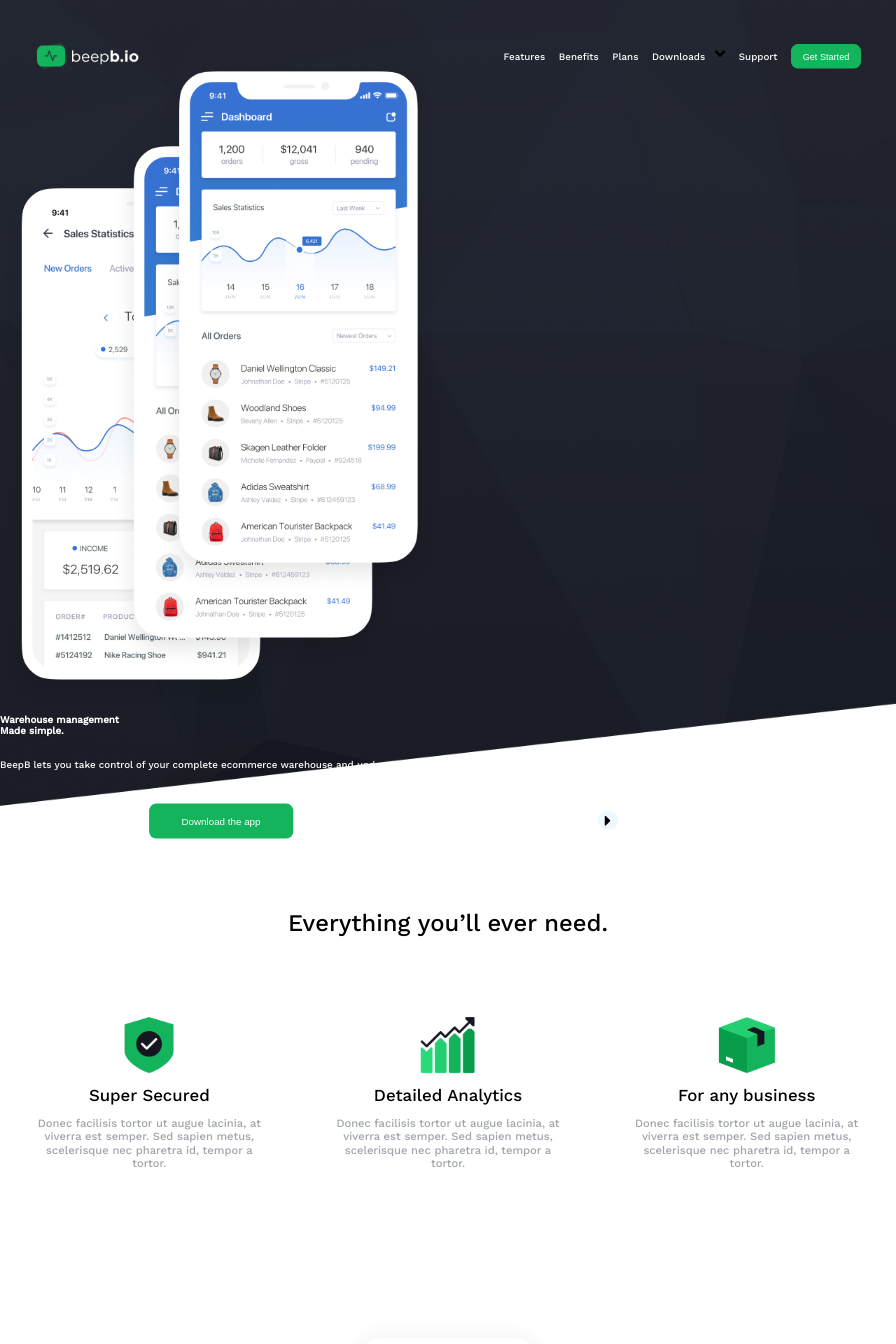
Repository: thinhnguyen347/thinhnguyen347.github.io
Page: cut-html-css/index.html
The author's editor kept a copy of each file at every save. The page is drawn from the files as they stood at one save, then again after the next save.
The browser window is 1280 px wide. The pictures show the part of the page from y = 0 to 1920 px (the page is 4906 px tall), at 70% of full size.

Above is the page before, as saved 2021-11-10 19:30:54.

After the next save:
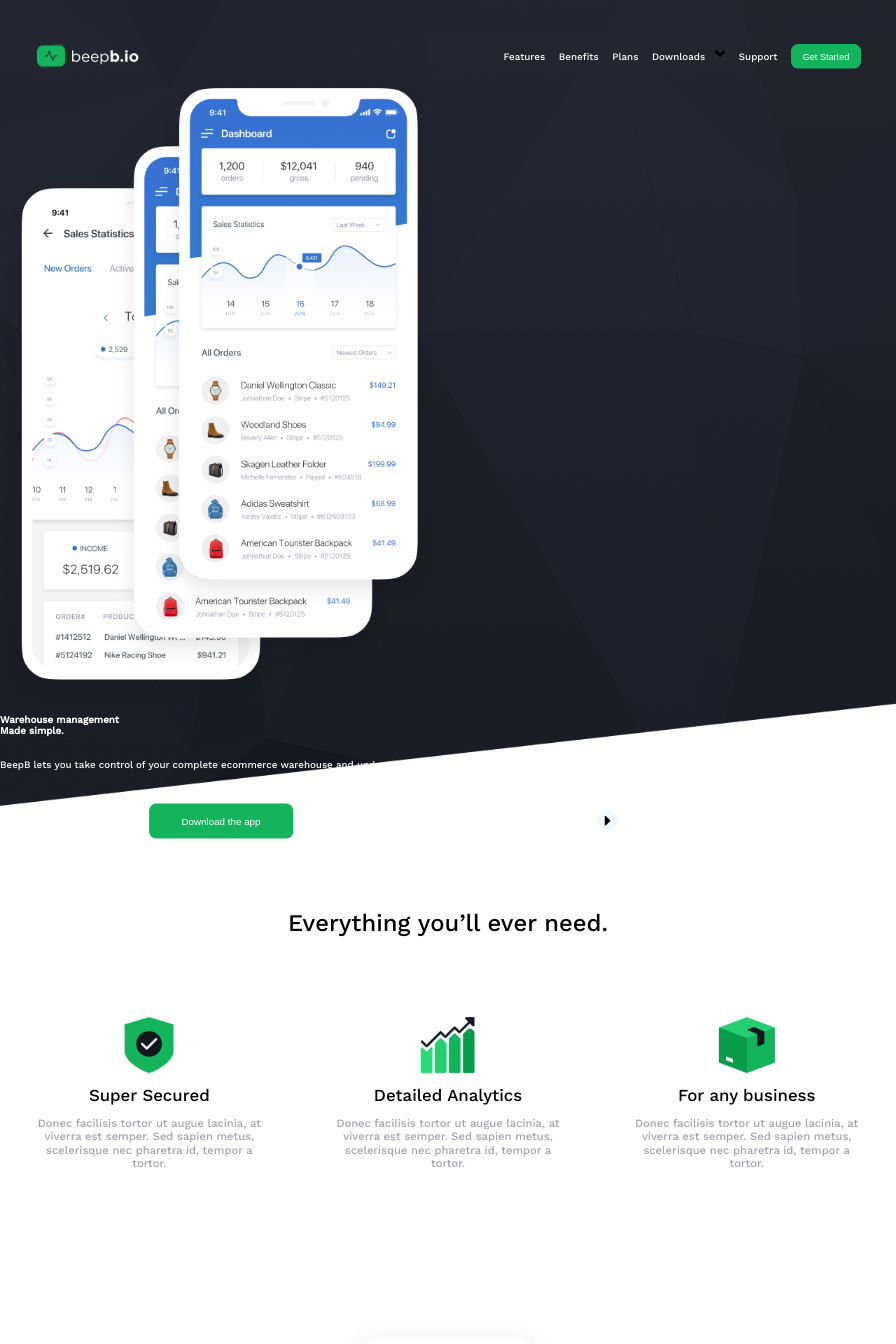
Saved 16 s later.
--- a/cut-html-css/css/style.css
+++ b/cut-html-css/css/style.css
@@ -157,7 +157,7 @@ li.menuitem:hover .drop-down {
 
 .iphone-x2 {
   position: absolute;
-  top: -13%;
+  top: -10%;
   left: 40%;
 }
 
